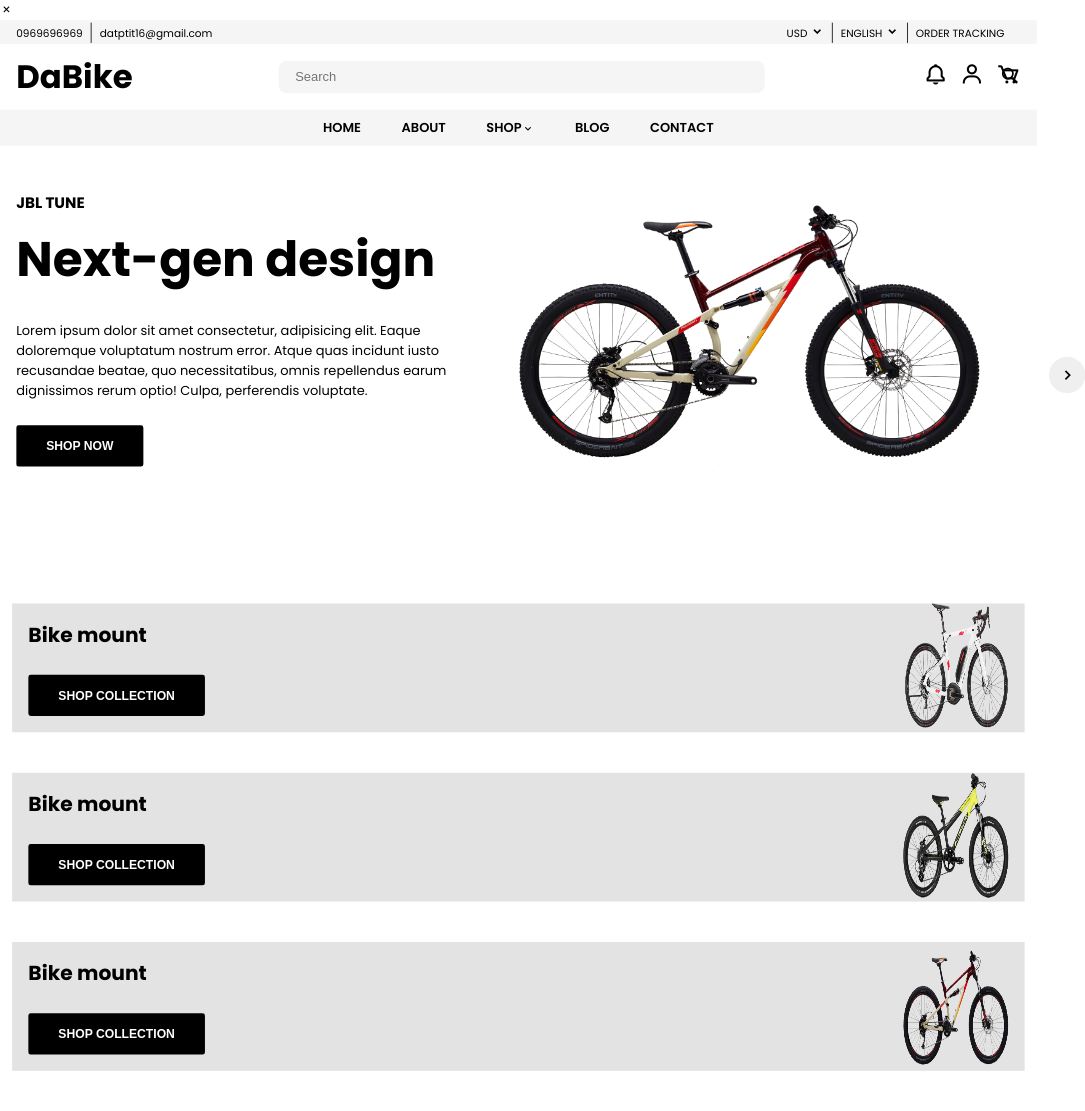
Repository: Datt21/DacMaxx
Page: index.html
These files come from the project's save history. The page is drawn as it stood at one moment and after the next save; the edit follows.
The browser window is 1280 px wide. The page is 1340 px wide, so the pictures cover 1340 px, including what lies to the right of the window. The pictures show the whole page, at 81% of full size.

Above is the page before, as saved 2021-07-07 13:33:49.

### index.html
<!DOCTYPE html>
<html lang="en">
<head>
    <meta charset="UTF-8">
    <meta http-equiv="X-UA-Compatible" content="IE=edge">
    <meta name="viewport" content="width=device-width, initial-scale=1.0">
    <title>DaBike</title>
    <!--======== FONTS =========-->
    <link rel="preconnect" href="https://fonts.gstatic.com">
    <link rel="stylesheet" href="https://fonts.googleapis.com/css2?family=Poppins:ital,wght@0,100;0,200;0,300;0,400;0,500;0,600;0,700;0,800;0,900;1,100;1,200;1,300;1,400;1,500;1,600;1,700;1,900&display=swap">

    <!--========= ICONS =========-->
    <link rel="stylesheet" href="./boxicons-2.0.7/css/boxicons.min.css">
    <link href='https://unpkg.com/boxicons@2.0.7/css/boxicons.min.css' rel='stylesheet'>

    <!--========= LINK CSS =========-->
    <link rel="stylesheet" href="./css/grid.css">
    <link rel="stylesheet" href="./css/app.css">
</head>
<body>

    <!--========= HEADER ===========-->
    <header>
        <!-- mobile menu -->
        <div class="mobile-menu bg-second">
            <a href="#" class="mb-logo">DaBike</a>

            <span class="mb-menu-toggle mb-menu-close" id="mb-menu-close">
                <i class='bx bx-menu'></i>
            </span>
        </div>
        <!-- end mobile menu -->
        <!-- main header -->
        <div class="header-wrapper" id="header-wrapper">
            <span class="mb-menu-toggle" id="mb-menu-toggle">
                <i class='bx bx-x'></i>
            </span>
            <!-- top header -->
            <div class="bg-second">
                <div class="top-header container">
                    <ul class="devided">
                        <li>
                            <a href="#">0969696969</a>
                        </li>
                        <li>
                            <a href="#">datptit16@gmail.com</a>
                        </li>
                    </ul>
                    <ul class="devided">
                        <li class="dropdown">
                            <a href="">USD</a>
                            <i class='bx bxs-chevron-down' ></i>
                            <ul class="dropdown-content">
                                <li><a href="">VND</a></li>
                                <li><a href="">JPY</a></li>
                                <li><a href="">EUR</a></li>
                            </ul>
                        </li>
                        <li class="dropdown">
                            <a href="">ENGLISH</a>
                            <i class='bx bxs-chevron-down' ></i>
                            <ul class="dropdown-content">
                                <li><a href="">VIETNAMESE</a></li>
                                <li><a href="">JAPANESE</a></li>
                                <li><a href="">FRENCH</a></li>
                                <li><a href="">SPANISH</a></li>
                            </ul>
                        </li>
                        <li><a href="#">ORDER TRACKING</a></li>
                    </ul>
                </div>
            </div>
            <!-- end top header -->
            <!-- mid header -->
            <div class="bg-main">
                <div class="mid-header container">
                    <a href="#" class="logo">DaBike</a>
                    <div class="search">
                        <input type="text" placeholder="Search">
                        <i class='bx bx-search-alt-2' ></i>
                    </div>
                    <ul class="user-menu">
                        <li><a href=""><i class='bx bx-bell' ></i> </a></li>
                        <li><a href=""><i class='bx bx-user' ></i> </a></li>
                        <li><a href=""><i class='bx bx-cart' ></i> </a></li>
                    </ul>
                </div>
            </div>
            <!-- end mid header -->
            <!-- bottom header -->
            <div class="bg-second">
                <div class="bottom-header container">
                    <ul class="main-menu">
                        <li><a href="">Home</a></li>
                        <li><a href="">About</a></li>
                        <!-- mega menu -->
                        <li class="mega-dropdown">
                            <a href="./products.html">Shop <i class='bx bx-chevron-down'></i></a>
                            <div class="mega-content">
                                <div class="row">
                                    <div class="col-3">
                                        <div class="box">
                                            <h3>categories</h3>
                                            <ul>
                                                <li><a href="">Doanhnhan</a></li>
                                                <li><a href="">Diahinh</a></li>
                                                <li><a href="">Thethao</a></li>
                                                <li><a href="">Sinhvien</a></li>
                                            </ul>
                                        </div>
                                    </div>
                                    <div class="col-3">
                                        <div class="box">
                                            <h3>categories</h3>
                                            <ul>
                                                <li><a href="">Doanhnhan</a></li>
                                                <li><a href="">Diahinh</a></li>
                                                <li><a href="">Thethao</a></li>
                                                <li><a href="">Sinhvien</a></li>
                                            </ul>
                                        </div>
                                    </div>
                                    <div class="col-3">
                                        <div class="box">
                                            <h3>categories</h3>
                                            <ul>
                                                <li><a href="">Doanhnhan</a></li>
                                                <li><a href="">Diahinh</a></li>
                                                <li><a href="">Thethao</a></li>
                                                <li><a href="">Sinhvien</a></li>
                                            </ul>
                                        </div>
                                    </div>
                                    <div class="col-3">
                                        <div class="box">
                                            <h3>categories</h3>
                                            <ul>
                                                <li><a href="">Doanhnhan</a></li>
                                                <li><a href="">Diahinh</a></li>
                                                <li><a href="">Thethao</a></li>
                                                <li><a href="">Sinhvien</a></li>
                                            </ul>
                                        </div>
                                    </div>
                                </div>
                                <div class="row img-row">
                                    <div class="col-3">
                                        <div class="box">
                                            <img src="./images/531352.png" alt="">
                                        </div>
                                    </div>
                                    <div class="col-3">
                                        <div class="box">
                                            <img src="./images/6489548.png" alt="">
                                        </div>
                                    </div>
                                    <div class="col-3">
                                        <div class="box">
                                            <img src="./images/MTBROMO_N7_2022.png" alt="">
                                        </div>
                                    </div>
                                    <div class="col-3">
                                        <div class="box">
                                            <img src="./images/b1.png" alt="">
                                        </div>
                                    </div>
                                </div>
                            </div>
                        </li>
                        <!-- end mega menu -->
                        <li><a href="">Blog</a></li>
                        <li><a href="">Contact</a></li>
                    </ul>
                </div>
            </div>
            <!-- end bottom header -->
        </div>
        <!-- end main header -->
    </header>
    <!--========= END HEADER ===========-->
    <!--========= MAIN ================-->
    <!-- hero section -->
    <div class="hero">
        <div class="slider">
            <div class="container">
                <!-- slide item -->
                <div class="slide active">
                    <div class="info">
                        <div class="info-content">
                            <h3 class="top-down">
                                JBL TUNE
                            </h3>

                            <h2 class="top-down trans-delay-0-2">
                                Next-gen design
                            </h2>

                            <p class="top-down trans-delay-0-4">
                                Lorem ipsum dolor sit amet consectetur, adipisicing elit. Eaque doloremque voluptatum nostrum error. Atque quas incidunt iusto recusandae beatae, quo necessitatibus, omnis repellendus earum dignissimos rerum optio! Culpa, perferendis voluptate.
                            </p>

                            <div class="top-down trans-delay-0-6">
                                <button class="btn-flat btn-hover">
                                    <span>shop now</span>
                                </button>
                            </div>
                        </div>
                    </div>
                    <div class="img top-down">
                        <img src="./images/531352.png" alt="">
                    </div>
                </div>
                <!-- end slide item -->
                <!-- slide item -->
                <div class="slide">
                    <div class="info">
                        <div class="info-content">
                            <h3 class="top-down">
                                JBL Quantum One
                            </h3>

                            <h2 class="top-down trans-delay-0-2">
                                Ipsum dolor sit
                            </h2>

                            <p class="top-down trans-delay-0-4">
                                Lorem ipsum dolor sit amet consectetur, adipisicing elit. Eaque doloremque voluptatum nostrum error. Atque quas incidunt iusto recusandae beatae, quo necessitatibus, omnis repellendus earum dignissimos rerum optio! Culpa, perferendis voluptate.
                            </p>

                            <div class="top-down trans-delay-0-6">
                                <button class="btn-flat btn-hover">
                                    <span>shop now</span>
                                </button>
                            </div>
                        </div>
                    </div>
                    <div class="img right-left">
                        <img src="./images/6489548.png" alt="">
                    </div>
                </div>
                <!-- end slide item -->
                <!-- slide item -->
                <div class="slide">
                    <div class="info">
                        <div class="info-content">
                            <h3 class="top-down">
                                JBL JR 310BT
                            </h3>

                            <h2 class="top-down trans-delay-0-2">
                                Amet Consec
                            </h2>

                            <p class="top-down trans-delay-0-4">
                                Lorem ipsum dolor sit amet consectetur, adipisicing elit. Eaque doloremque voluptatum nostrum error. Atque quas incidunt iusto recusandae beatae, quo necessitatibus, omnis repellendus earum dignissimos rerum optio! Culpa, perferendis voluptate.
                            </p>

                            <div class="top-down trans-delay-0-6">
                                <button class="btn-flat btn-hover">
                                    <span>shop now</span>
                                </button>
                            </div>
                        </div>
                    </div>
                    <div class="img left-right">
                        <img src="./images/b1.png" alt="">
                    </div>
                </div>
                <!-- end slide item -->
            </div>
            <!-- slider controller -->
            <button class="slide-controll slide-next">
                <i class='bx bx-chevron-right'></i>
            </button>
            <button class="slide-controll slide-prev">
                <i class='bx bx-chevron-left'></i>
            </button>
            <!-- end slider controller -->
        </div>
    </div>
    <!-- end hero section -->
    <!-- promotion section -->
    <div class="promotion">
        <div class="row">
           <div class="col-4 col-md-12 col-sm-12">
               <div class="promotiom-box">

                  <div class="text">
                      <h3>Bike mount</h3>
                      <button class="btn-flat btn-hover"><span>shop collection</span></button>
                  </div>

                  <img src="./images/b1.png" alt="">

               </div>
           </div>
           <div class="col-4 col-md-12 col-sm-12">
               <div class="promotiom-box">

                  <div class="text">
                      <h3>Bike mount</h3>
                      <button class="btn-flat btn-hover"><span>shop collection</span></button>
                  </div>

                  <img src="./images/b2.png" alt="">

               </div>
           </div>
           <div class="col-4 col-md-12 col-sm-12">
               <div class="promotiom-box">

                  <div class="text">
                      <h3>Bike mount</h3>
                      <button class="btn-flat btn-hover"><span>shop collection</span></button>
                  </div>

                  <img src="./images/531352.png" alt="">

               </div>
           </div>
        </div>
    </div>
    <!-- end promotion section -->
    <!--========= END MAIN ================-->

     <!--========= JS ==============-->
    <script src="./js/app.js"></script>
    <script src="./js/index.js"></script>
</body>
</html>

### css/app.css
:root {
    --main-bg-color:#fff;
    --second-bg-color:#f5f5f5;
    --third-bg-color:#e3e3e3;
    --grey: #4b4b4b;
    --black: #000;
    --red: #c0392b;
    --top-header-size: 30px;
    --mid-header-size: 80px;
    --bottom-header-size: 45px;
    --btn-bg: #000;
    --btn-border-color: #000;
    --btn-color: #fff;

}

*{
    padding: 0;
    margin: 0;
    box-sizing: border-box;
    -webkit-tap-highlight-color: transparent;
}

body{
    font-family: "Poppins", sans-serif;
    overflow-x: hidden;
    position: relative;
    background-color: var(--main-bg-color);
}

button{
    cursor: pointer;
}

a{
    display: inline-block;
    text-decoration: none;
    color: unset;
}

li{
    list-style-type: none;
}

img{
    max-width: 100%;
}

.container{
    max-width: 1366px;
    margin: auto;
    padding: 0 20px;
    position: relative;
}

.bg-second{
    background-color: var(--second-bg-color);
}

.bg-main{
    background-color: var(--main-bg-color);
}

.text-red{
    color: var(--red);
}

.mobile-menu{
    align-items: center;
    justify-content: space-between;
    padding: 10px 30px;
    display: none;
}
.mb-menu-close{
    display: none;
}

.top-header{
    height: 30px;
    display: flex;
    justify-content: space-between;
    align-items: center;
}

.top-header ul{
    display: flex;
}

.top-header a{
    font-size: 13px;
}

ul.devided > li{
    margin-right: 10px;
    padding-right: 10px;
    border-right: 1px solid;
}

ul.devided > li:last-child{
    border-right: none;
}

/* dropdown */
.dropdown{
    position: relative;
}

.dropdown:hover .dropdown-content{
    top: 100%;
    opacity: 1;
    visibility: visible;
}

.dropdown-content{
    display: flex;
    opacity: 0;
    visibility: hidden;
    position: absolute;
    top: calc(100% + 10px);
    background-color: #fff;
    flex-direction: column;
    box-shadow: rgba(100, 100, 111, 0.2) 0px 7px 29px 0;
    transition: all .4s cubic-bezier(0.77, 0, 0.175, 1);
    z-index: 2;
}
.dropdown-content > li > a{
    padding: 10px;
}

.dropdown-content > li:hover > a {
    color: var(--red);
}
/* end dropdown */

.mid-header{
    display: flex;
    align-items: center;
    justify-content: space-between;
    height: 80px;
    background-color: var(--main-bg-color);
}

.logo{
    font-size: 40px;
    font-weight: 700;
}

.mb-logo{
    font-size: 25px;
    font-weight: 700;
}

.search{
    width: 600px;
    height: 40px;
}

.search input{
    height: 100%;
    width: 100%;
    font-size: 16px;
    outline: 0;
    padding: 0 20px;
    border-radius: 10px;
    border: 0;
    background-color: var(--second-bg-color);
}

.search i{
    position: absolute;
    top: 50%;
    transform: translateY(-50%);
    font-size: 25px;
    right: 20px;
    cursor: pointer;
}

.user-menu{
    display: flex;
}

.user-menu > li > a{
    font-size: 30px;
    margin-left: 15px;
}

.bottom-header{
    display: flex;
    justify-content: space-between;
    align-items: center;
}

.main-menu{
    display: flex;
    height: var(--bottom-header-size);
    margin: auto;
}

.main-menu > li > a {
    display: flex;
    align-items: center;
    margin: 0 25px;
    font-weight: 600;
    height: 100%;
    text-transform: uppercase;
}


.main-menu > li {
    border-bottom: 2px solid transparent;
    border-top: 2px solid transparent;
}

.main-menu > li:hover{
    border-bottom: 2px solid var(--black);
}

/* mega menu */
.mega-content{
    opacity: 0;
    visibility: hidden;
    position: absolute;
    left: 0;
    background-color: var(--main-bg-color);
    width: 100%;
    top: calc(100% + 100px);
    z-index: 2;
    box-shadow: rgba(100, 100, 111, 0.2) 0px 7px 29px 0;
    transition: all 0.4s cubic-bezier(0.77, 0, 0.175, 1);
}


.mega-dropdown:hover .mega-content {
    opacity: 1;
    visibility: visible;
    top: 100%;
}

.mega-content h3{
    margin: 20px 0;
    padding-left: 20px;
}

.mega-content ul{
    display: flex;
    flex-direction: column;
}

.mega-content ul > li > a{
    font-weight: normal;
    border-bottom: 2px dashed #f5f5f5;
    transition: padding-left 0.2s ease-in-out;
    padding: 10px 20px;
}

.mega-content ul > li > a:hover{
    padding-left: 10px;
}
/* end mega menu */
.box{
    padding: 20px;
}

/* Main */
.hero{
   height: calc(
       100vh - (
           var(--top-header-size) + var(--mid-header-size) +
              var(--bottom-header-size)
       )
       );
       padding: 0 20px;
}

.slider,
.slider .container{
    height: 100%;
    position: relative;
}

/* .slide{
    position: absolute;
    height: 100%;
    inset: 0;
    overflow: hidden; */
    /* visibility: hidden;
    /* display: flex; */
/* }  */

/* .slide.active{
    visibility: visible;
} */

/* .slide .info{
    width: 40%;
    display: flex;
    flex-direction: column;
    height: 10%;
} */

.slide{
    display: flex;
    height: 100%;
    inset: 0;
    overflow: hidden;
    visibility: hidden;
    position: absolute;
    /* max-width: max-content; */

}

.slide.active{
    visibility: visible;
}

.slide .info{
    width: 50%;
    display: flex;
    flex-direction: column;
    height: 80%;
    justify-content: center;
}


.info-content h2{
    font-size: 60px;
    margin: 10px 0 30px;
}

.info-content button {
    margin-top: 30px;
}

.slide .img{
    width: 50%;
    display: flex;
    justify-content: center;
    align-items: center;
    margin-left:  50px;
    margin-right: 50px;
    height: 80%;;
}

.img img{
    transform: rotate(-70deg);
    transform-origin: bottom;
    opacity: 0;
    transition: transform 1s cubic-bezier(0.175, 0.885, 0.32, 1.275),
        opacity 0.6s ease 0s;
}
.slide.active .img img{
    transform: rotate(0);
    opacity: 1;
}

.btn-flat{
    display: inline-block;
    border: 2px solid var(--btn-border-color);
    background-color: var(--btn-bg);
    color: var(--btn-color);
    padding: 15px 35px;
    font-size: 15px;
    outline: 0;
    font-weight: 600;
    text-transform: uppercase;
    border-radius: 3px;
    /* transition: 0.3s; */
}
.btn-hover{
    transition: all 0.3s ease-in-out;
}
.btn-hover:hover{
    background-color: var(--second-bg-color);
    color: var(--btn-bg);
}
.slide-controll{
    position: absolute;
    top: 50%;
    transform: translateY(-50%);
    outline: 0;
    border: 0;
    border-radius: 50%;
    font-size: 25px;
    display: flex;
    align-items: center;
    padding: 10px;
    transition: all 0.3s cubic-bezier(0.77, 0, 0.175, 1);
}

.slide-controll:hover{
    background-color: var(--btn-bg);
    color: var(--btn-color);
}

.slide-next{
    right: -80px;
}

.slide-prev{
    left: -80px;
}

.slider:hover .slide-next{
    right: 50px;
}

.slider:hover .slide-prev{
    left: 50px;
}

/* slide animation */
.top-down{
    transform: translateY(-100%);
    opacity: 0;
    visibility: hidden;
    transition: all 0.8s cubic-bezier(0.77, 0, 0.175, 1);
}

.slide.active .top-down{
    transform: translateY(0);
    opacity: 1;
    visibility: visible;
}

.trans-delay-0-2{
    transition-delay: 0.2s;
}
.trans-delay-0-4{
    transition-delay: 0.4s;
}
.trans-delay-0-6{
    transition-delay: 0.6s;
}
.trans-delay-0-8{
    transition-delay: 0.8s;
}

.promotion{
    padding: 15px;
    margin-top: -30px;
}

.promotion [class*="col-"]{
    padding: 15px;
}
.promotiom-box{
    display: flex;
    background-color: var(--third-bg-color);
    position: relative;
}

.promotiom-box .text{
    flex-grow: 1;
    padding: 20px;
}

.promotiom-box .text h3{
    font-size: 25px;
}

.promotiom-box .text button{
    margin-top: 30px;
}

.promotiom-box img{
    width: 150px;
    padding-right: 20px;
    transition: transform 0.3s ease-in-out;
}
 .promotiom-box:hover img{
     transform: scale(1.1);
 }

Loaded but not shown: boxicons-2.0.7/css/boxicons.min.css (library); js/index.js (45 lines, source omitted); css/grid.css (129 lines, source omitted); js/app.js (no copy from this time; the picture is the same without it)

After the next save:
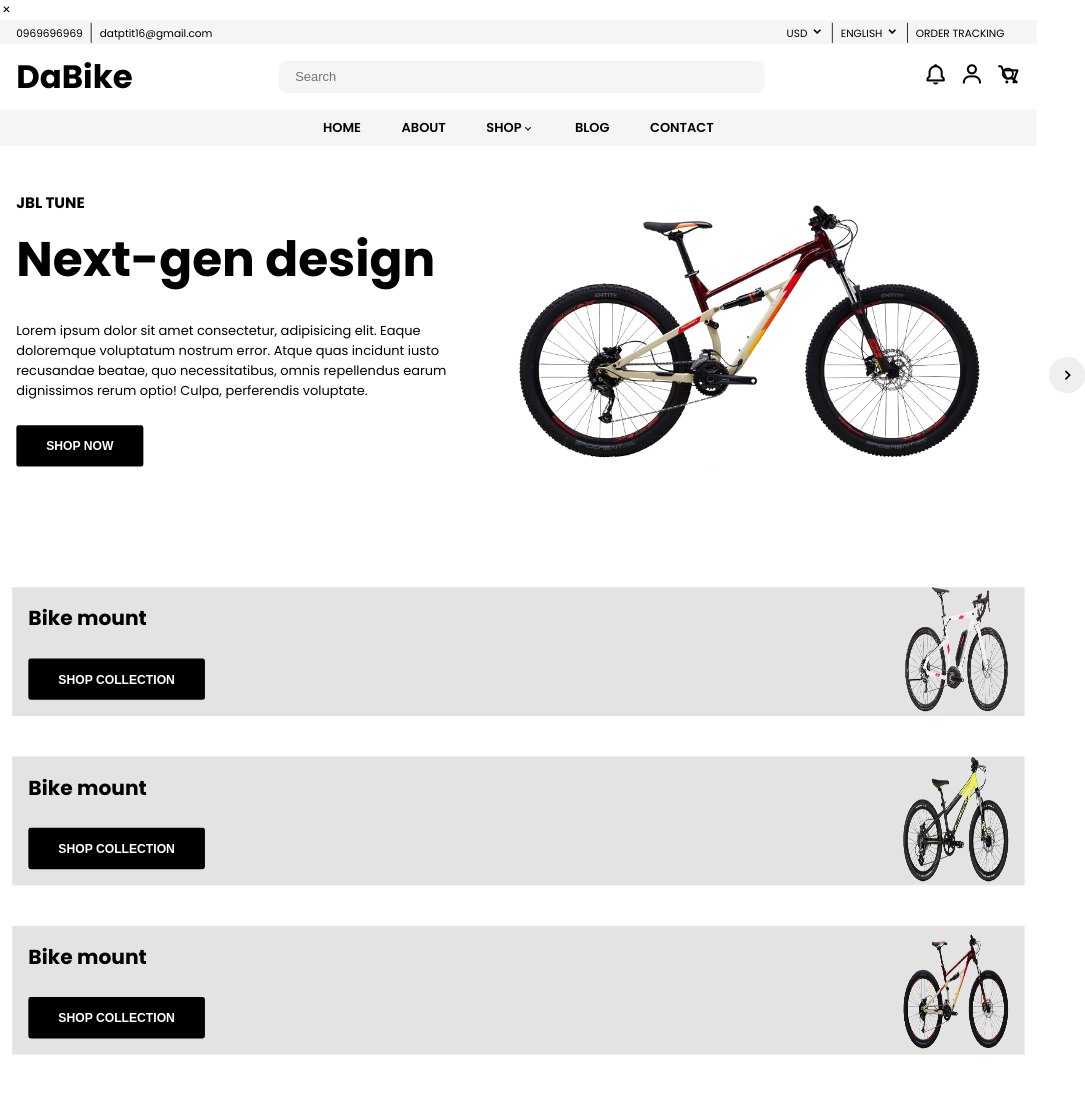
Saved 12 s later.
--- a/css/app.css
+++ b/css/app.css
@@ -437,7 +437,7 @@ ul.devided > li:last-child{
 
 .promotion{
     padding: 15px;
-    margin-top: -30px;
+    margin-top: -50px;
 }
 
 .promotion [class*="col-"]{
